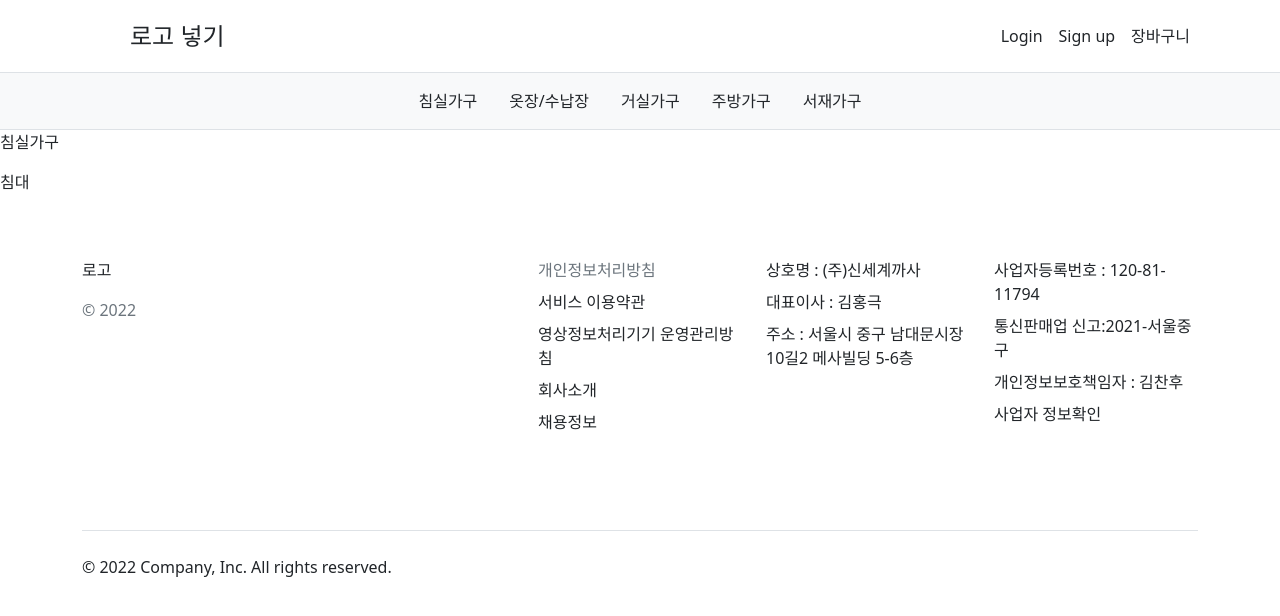
Repository: raoniee/Elice-House-Project
Page: FE/views/pages/main/item-list.html
An editor plug-in stored every save of this project. The page is shown before and after the next save, followed by the edit.
The browser window is 1280 px wide. The pictures show the whole page.

Above is the page before, as saved 2023-07-06 13:08:51.

After the next save:
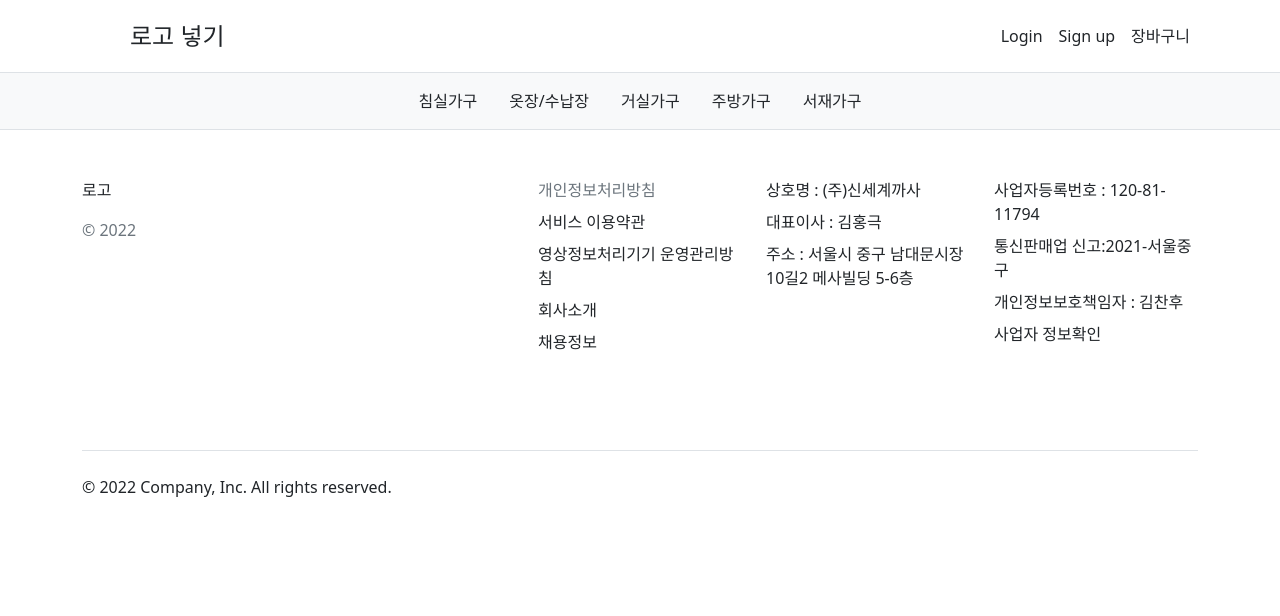
Saved 20 s later.
--- a/FE/views/pages/main/item-list.html
+++ b/FE/views/pages/main/item-list.html
@@ -29,10 +29,7 @@
     </header>
 
     <main>
-      <div class="menu_bar">
-        <p class="depth1">침실가구</p>
-        <p class="depth2">침대</p>
-      </div>
+      <div class="menu_bar"></div>
       <div class="item_list">
         <div class="item_list_card"></div>
       </div>
